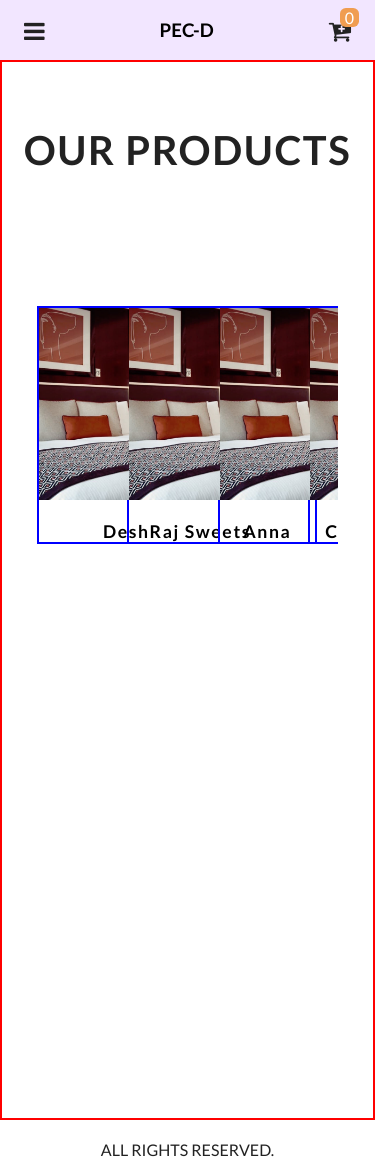
Repository: CHIR4G7/PEC-D
Page: http://localhost/
An editor plug-in stored every save of this project. The page is shown before and after the next save, followed by the edit.
The browser window is 375 px wide. The pictures show the whole page.
The page is served by the project's Node server (app.js).

Above is the page before, as saved 2023-07-08 01:21:08.

### public/index.html
<!DOCTYPE html>
<html lang="en">

<head>
    <meta charset="UTF-8">
    <meta http-equiv="X-UA-Compatible" content="IE=edge">
    <meta name="viewport" content="width=device-width, initial-scale=1.0">
    <title>PEC-D</title>
    <link rel="stylesheet" href="https://cdnjs.cloudflare.com/ajax/libs/font-awesome/4.7.0/css/font-awesome.min.css">
    <link rel="stylesheet" href="css/style.css">
</head>

<body>
    <!-- navabr -->
    <nav class="navbar">
        <div class="navbar-center">
            <span class="nav-icon">
                <i class="fa fa-bars"></i>
            </span>
            <!-- <img src="/images/logo.svg" alt="logo" class="sr"> -->
            <h3 class="logo-name">PEC-D</h3>
            <div class="cart-btn">
                <span class="nav-icon">
                    <i class="fa fa-cart-plus"></i>
                </span>
                <div class="cart-items">0</div>
            </div>
        </div>
    </nav>
    <!-- end of navbar -->

    <!-- hero -->
    <!-- <header class="hero">
        <div class="banner">
            <h1 class="banner-title">FURNITURE COLLECTION</h1>
            <button class="banner-btn">SHOW NOW</button>
        </div>
    </header> -->
    <!-- end of hero -->

    <!-- products -->
    <div class="products">
         <div class="section-title">
            <h2>OUR PRODUCTS</h2>
        </div>
        <div class="body1">
            <div class="content">
                <ul class="content-inner">
                    <!-- <li class="card">
                        <article class="product">
                            <div class="img-container">
                                <img src="/images/product-1.jpeg" alt="product" class="product-img">
                                <button class="bag-btn" data-id="1">
                                    <i class="fa fa-shopping-cart"></i>
                                    add to bag.
                                </button>
                            </div>
                            <h3>add name</h3>

                        </article>
                    </li>
                    <li class="card">
                        <article class="product">
                            <div class="img-container">
                                <img src="/images/product-1.jpeg" alt="product" class="product-img">
                                <button class="bag-btn" data-id="1">
                                    <i class="fa fa-shopping-cart"></i>
                                    add to bag.
                                </button>
                            </div>
                            <h3>add name</h3>

                        </article>
                    </li>
                    <li class="card">
                        <article class="product">
                            <div class="img-container">
                                <img src="/images/product-1.jpeg" alt="product" class="product-img">
                                <button class="bag-btn" data-id="1">
                                    <i class="fa fa-shopping-cart"></i>
                                    add to bag.
                                </button>
                            </div>
                            <h3>add name</h3>

                        </article>
                    </li> -->

                </ul>
            </div>
        </div>
        <div class="products-center">
            <!-- single product -->

            <!-- PRODCUT DETIALS -->
            <!-- <article class="product">
                <div class="img-container">
                    <img src="/images/product-1.jpeg" alt="product" class="product-img">
                    <button class="bag-btn" data-id="1">
                        <i class="fa fa-shopping-cart"></i>
                        add to bag.
                    </button>
                </div>
                <h3>add name</h3>

            </article> -->
            <!-- THIS IS END OF PRODUCT DETIALS -->

            <!-- PRODCUT DETIALS -->
            <!-- <article class="product">
                <div class="img-container">
                    <img src="/images/product-8.jpeg" alt="product" class="product-img">
                    <button class="bag-btn" data-id="1">
                        <i class="fa fa-shopping-cart"></i>
                        add to bag.
                    </button>
                </div>
                <h3>TABLE</h3>
                <h4>$11.99</h4>
            </article> -->
            <!-- THIS IS END OF PRODUCT DETIALS -->

            <!-- PRODCUT DETIALS -->
            <!-- <article class="product">
                <div class="img-container">
                    <img src="/images/product-7.jpeg" alt="product" class="product-img">
                    <button class="bag-btn" data-id="1">
                        <i class="fa fa-shopping-cart"></i>
                        add to bag.
                    </button>
                </div>
                <h3>COUCH</h3>
                <h4>$42.99</h4>
            </article> -->
            <!-- THIS IS END OF PRODUCT DETIALS -->

            <!-- PRODCUT DETIALS -->
            <!-- <article class="product">
                <div class="img-container">
                    <img src="/images/product-2.jpeg" alt="product" class="product-img">
                    <button class="bag-btn" data-id="1">
                        <i class="fa fa-shopping-cart"></i>
                        add to bag.
                    </button>
                </div>
                <h3>KING PANEL BED</h3>
                <h4>$12.99</h4>
            </article> -->
            <!-- THIS IS END OF PRODUCT DETIALS -->

            <!-- PRODCUT DETIALS -->
            <!-- <article class="product">
                <div class="img-container">
                    <img src="/images/product-5.jpeg" alt="product" class="product-img">
                    <button class="bag-btn" data-id="1">
                        <i class="fa fa-shopping-cart"></i>
                        add to bag.
                    </button>
                </div>
                <h3>FRIDGE</h3>
                <h4>$34.99</h4>
            </article> -->
            <!-- THIS IS END OF PRODUCT DETIALS -->

            <!-- PRODCUT DETIALS -->
            <!-- <article class="product">
                <div class="img-container">
                    <img src="/images/product-6.jpeg" alt="product" class="product-img">
                    <button class="bag-btn" data-id="1">
                        <i class="fa fa-shopping-cart"></i>
                        add to bag.
                    </button>
                </div>
                <h3>DRESSER</h3>
                <h4>$22.99</h4>
            </article> -->
            <!-- THIS IS END OF PRODUCT DETIALS -->

            <!-- PRODCUT DETIALS -->
            <!-- <article class="product">
                <div class="img-container">
                    <img src="/images/product-3.jpeg" alt="product" class="product-img">
                    <button class="bag-btn" data-id="1">
                        <i class="fa fa-shopping-cart"></i>
                        add to bag.
                    </button>
                </div>
                <h3>TWIN PANEL BED</h3>
                <h4>$17.99</h4>
            </article> -->
            <!-- THIS IS END OF PRODUCT DETIALS -->

            <!-- PRODCUT DETIALS -->
            <!-- <article class="product">
                <div class="img-container">
                    <img src="/images/product-4.jpeg" alt="product" class="product-img">
                    <button class="bag-btn" data-id="1">
                        <i class="fa fa-shopping-cart"></i>
                        add to bag.
                    </button>
                </div>
                <h3>SINGLE PANEL BED</h3>
                <h4>$23.99</h4>
            </article> -->
            <!-- THIS IS END OF PRODUCT DETIALS -->
        </div>
    </div>
    <!-- end of products -->




    <!-- CART BEGINS -->
    <div class="cart-overlay">
        <div class="cart">
            <span class="close-cart">
                <i class="fa fa-window-close"></i>
            </span>
            <h2>YOUR CART</h2>
            <div class="cart-content">
                <!-- cart item -->
                <div class="cart-item">
                    <!-- <img src="/images/product-1.jpeg" alt="product">
                    <div>
                        <h4>QUEEN BED</h4>
                        <h5>$9.00</h5>
                        <span class="remove-item">Remove</span>
                    </div>
                    <div>
                        <i class="fa fa-chevron-up"></i>
                        <p class="item-amount">0</p>
                        <i class="fa fa-chevron-down"></i>
                    </div> -->
                </div>
                <!-- end of cart item -->

            </div>

            <div class="cart-footer">
                <h3>YOUR TOTAL : $ <span class="cart-total"></span></h3>
                <button class="clear-cart banner-btn">CLEAR CART</button>
            </div>

        </div>
    </div>
    <!-- CART ENDS -->
    <!-- FOOOTER -->
    <div class="footer">
        ALL RIGHTS RESERVED.
    </div>
    <!-- END OF THE FOOTER -->

    <script src="src/script.js"></script>
</body>

</html>

### app.js
import express from "express";
import bodyParser from "body-parser";

const app = express();
const port = 5002;
app.use(express.static("public"))
app.use(bodyParser.urlencoded({extended:true}));
app.set("view engine","ejs");


app.get("/",(request,response)=>
{
    response.sendFile("/Users/chirag/Desktop/PEC D/public/index.html");
})

app.listen(port,()=>
{
    console.log("server working");
})

### public/css/style.css
@import url("https://fonts.googleapis.com/css?family=Lato:400,700");


/* creating variables */
:root {
    --primaryColor: #f09d51;
    --mainWhite: #fff;
    --mainBlack: #222;
    --mainGrey: #ececec;
    --mainSpacing: 0.1rem;
    --mainTransition: all 0.3s linear;
}

/* resetting elements */
* {
    margin: 0;
    padding: 0;
    box-sizing: border-box;
}


body {
    color: var(--mainBlack);
    background: var(--mainWhite);
    font-family: "Lato", sans-serif;
}


/* navbar */
.navbar {
    position: sticky;
    top: 0;
    height: 60px;
    width: 100%;
    display: flex;
    align-items: center;
    background: #f2e6ff;
    z-index: 1;
}

.logo-name
{
    color: black;
}

.navbar-center {
    width: 100%;
    max-width: 1170px;
    margin: 0 auto;
    display: flex;
    align-items: center;
    justify-content: space-between;
    padding: 0 1.5rem;
}

.nav-icon {
    font-size: 1.5rem;
}

.cart-btn {
    position: relative;
    cursor: pointer;
}

.cart-items {
    position: absolute;
    top: -8px;
    right: -8px;
    background: var(--primaryColor);
    padding: 0 5px;
    border-radius: 30%;
    color: var(--mainWhite);
}

/* hero */
.hero {
    min-height: calc(100vh - 60px);
    background: url("./images/bg-3.jpg") center/cover no-repeat;
    display: flex;
    align-items: center;
    justify-content: center;
  }
  .banner {
    text-align: center;
    background: #f2e6ff;
    display: inline-block;
    padding: 2rem;
  }
  .banner-title {
    font-size: 3.4rem;
    text-transform: uppercase;
    letter-spacing: var(--mainSpacing);
    margin-bottom: 3rem;
  }
  .banner-btn {
    padding: 1rem 3rem;
    text-transform: uppercase;
    letter-spacing: var(--mainSpacing);
    font-size: 1rem;
    background: #9999FF;
    color: var(--mainBlack);
    border: 1px solid var(--primaryColor);
    transition: var(--mainTransition);
    cursor: pointer;
  }
  .banner-btn:hover {
    background: transparent;
    color: var(--primaryColor);
  }


  /* products */
  .products {
    padding: 4rem 0;
    border: 2px solid red;
  }
  .section-title h2 {
    text-align: center;
    font-size: 2.5rem;
    margin-bottom: 5rem;
    text-transform: capitalize;
    letter-spacing: var(--mainSpacing);
  }
  .products-center {
    width: 90vw;
    margin: 0 auto;
    max-width: 1170px;
    display: grid;
    grid-template-columns: repeat(auto-fit, minmax(260px, 1fr));
    grid-column-gap: 1.5rem;
    grid-row-gap: 2rem;
  }
  .img-container {
    position: relative;
    overflow: hidden;
  }
  .bag-btn {
    position: absolute;
    top: 70%;
    right: 0;
    background: var(--primaryColor);
    border: none;
    text-transform: uppercase;
    padding: 0.5rem 0.75rem;
    letter-spacing: var(--mainSpacing);
    font-weight: bold;
    transition: var(--mainTransition);
    transform: translateX(101%);
    cursor: pointer;
  }
  .bag-btn:hover {
    color: var(--mainWhite);
  }
  .fa-shopping-cart {
    margin-right: 0.5rem;
  }
  .img-container:hover .bag-btn {
    transform: translateX(0);
  }
  .product-img {
    display: block;
    width: 100%;
    min-height: 12rem;
    transition: var(--mainTransition);
  }
  .img-container:hover .product-img {
    opacity: 0.5;
  }

  .product
  {
    border: 2px solid blue;
  }

  .product h3 {
    text-transform: capitalize;
    font-size: 1.1rem;
    margin-top: 1rem;
    letter-spacing: var(--mainSpacing);
    text-align: center;
  }

  .product h4 {
    margin-top: 0.7rem;
    letter-spacing: var(--mainSpacing);
    color: var(--primaryColor);
    text-align: center;
  }


   /* slider*/

   .body1
{
    display: flex;

    justify-content: center;
    min-height: 100vh;
    /* background-color: lawngreen; */
    /* border: 2px solid yellow; */
    padding: 0 35px;
}
.card img
{
    height: 150px;
    width: 150px;
    margin-bottom: 5px;
    object-fit: cover;
}
.content
{
    max-width: 1200px;
    width: 100%;
    /* position: relative; */
    /* border: 2px solid red; */
}
.content .content-inner
{
    display: grid;
    grid-auto-flow: column;
    grid-auto-columns: 25%;
    gap: 15px;
    /* overflow: hidden; */
    overflow-x: auto;
    scroll-snap-type: x mandatory;
    scroll-behavior: smooth;
    scrollbar-width: 0;

}
.content .card
{
    list-style: none;
    /* background-color: lightblue; */
    color: black;
    border-radius: 10px;
    height: 342px;
     display: flex;
    flex-direction: column;
    /*align-items: center;*/
    justify-content: center;
    cursor: pointer;
    width: 280px;

}
.content i
{
    height: 30px;
    width: 50px;
    margin: 10px;
    background-color: wheat;
    color: black;
    text-align: center;
    line-height: 25px;
    border-radius: 50%;
    cursor: pointer;
}
.card-item
{
    display: flex;
    flex-direction: column;
    justify-content: center;
    align-items: center;
    margin: 15px;
    padding-top: 5px;
}
.card-item h4
{
    margin-bottom: 4px;
}

   */

  /* cart */
  .cart-overlay {
    position: fixed;
    top: 0;
    right: 0;
    width: 100%;
    height: 100%;
    transition: var(--mainTransition);
    background: rgb(240, 157, 81, 0.5);
    z-index: 2;
    visibility: hidden;
  }
  .cart {
    position: fixed;
    top: 0;
    right: 0;
    width: 100%;
    height: 100%;
    overflow: scroll;
    z-index: 3;
    background: rgb(231, 226, 221);
    padding: 1.5rem;
    transition: var(--mainTransition);
    transform: translateX(100%);
  }
  .showCart {
    transform: translateX(0);
  }
  .transparentBcg {
    visibility: visible;
  }
  @media screen and (min-width: 768px) {
    .cart {
      width: 30vw;
      min-width: 450px;
    }
  }

  .close-cart {
    font-size: 1.7rem;
    cursor: pointer;
  }
  .cart h2 {
    text-transform: capitalize;
    text-align: center;
    letter-spacing: var(--mainSpacing);
    margin-bottom: 2rem;
  }
  /*---------- Cart Item -------------------- */
  .cart-item {
    display: grid;
    align-items: center;
    grid-template-columns: auto 1fr auto;
    grid-column-gap: 1.5rem;
    margin: 1.5rem 0;
  }
  .cart-item img {
    width: 75px;
    height: 75px;
  }
  .cart-item h4 {
    font-size: 0.85rem;
    text-transform: capitalize;
    letter-spacing: var(--mainSpacing);
  }
  .cart-item h5 {
    margin: 0.5rem 0;
    letter-spacing: var(--mainSpacing);
  }
  .item-amount {
    text-align: center;
  }
  .remove-item {
    color: black;
    cursor: pointer;
  }
  .fa-chevron-up,
  .fa-chevron-down {
    color: var(--primaryColor);
    cursor: pointer;
  }
  /*---------- End of Cart Item -------------------- */

  .cart-footer {
    margin-top: 2rem;
    letter-spacing: var(--mainSpacing);
    text-align: center;
  }
  .cart-footer h3 {
    text-transform: capitalize;
    margin-bottom: 1rem;
  }


  /* FOOTER */
  .footer
  {
    position: relative;
    text-align: center;
    top: 20px;
  }

### public/src/script.js


const productsDOM = document.querySelector('.content-inner');

let shoparray = [];//ISME SAAARI KI SAARI DETAILS PADI HAIN PRODUCT K

class Shops{

    async getProducts() {
        try {
            let result = await fetch('./shops.json');
            let data = await result.json();

            //destructuring
            const shopsArray = data.shops.map(shop => ({ id: shop.id, name: shop.sname, image: shop.image}));

            return shopsArray;
        }
        catch (error) {
            console.log("r");
        }
    }

};

class display
{
    displayShops(shops)
    {
        let result = '';
       shops.forEach((shop)=>
       {
        console.log(shop.id);
        // result+=`${shop.id}`
        result+=` <li class="card">
        <article class="product">
            <div class="img-container">
                <img src="/images/product-1.jpeg" alt="product" class="product-img">
                <button class="bag-btn" data-id="1">

                    add to bag.
                </button>
            </div>
            <h3>${shop.name}</h3>

        </article>
    </li>`;

       })
    //    console.log("c");
    productsDOM.innerHTML = result;
    }
};





//displaying the products

function displayProducts(shoparray)
{
    let result = '';
    shoparray.forEach(product => {
        result += `      <article class="product">
        <div class="img-container">
            <img src="/images/product-1.jpeg" alt="product" class="product-img">
            <button class="bag-btn" data-id=${product.id}>
                <i class="fa fa-shopping-cart"></i>
                add to bag.
            </button>
        </div>
        <h3>${product.name}</h3>`;
        console.log(product);
    })
    productsDOM.innerHTML = result;
}


    // console.log(shoparray);

    // till here
    document.addEventListener("DOMContentLoaded", () => {
        //when dom loads get the product info stored in an array SHOPSARRAY
        // (async function () {
        //     try {
        //         const shopsarray = await getProducts();
        //         shopsarray.forEach((e) => {
        //             shoparray.push(e);
        //         })
        //     }
        //     catch (error) {
        //         console.log(error);
        //     }
        // })();
        // console.log(shoparray);
        // displayProducts(shoparray);
        const shops = new Shops();
        const displaying = new display();

        shops.getProducts().then(products=>
            {
                displaying.displayShops(products);
                // console.log(products);
            })

    })

### public/shops.json
{
    "shops" :
    [
        {
            "id" : 1,
            "sname" : "DeshRaj Sweets",
            "image" : "public/images/product-1.jpeg"
        },
        {
            "id" : 2,
            "sname" : "Anna",
            "image" : "public/images/product-1.jpeg"
        },
        {
            "id" : 3,
            "sname" : "Combo",
            "image" : "public/images/product-1.jpeg"
        },
        {
            "id" : 4,
            "sname" : "Forks and Knives",
            "image" : "public/images/product-1.jpeg"
        },
        {
            "id" : 5,
            "sname" : "Pandit",
            "image" : "public/images/product-1.jpeg"
        },
        {
            "id" : 6,
            "sname" : "Yankess",
            "image" : "public/images/product-1.jpeg"
        }
    ]
}

After the next save:
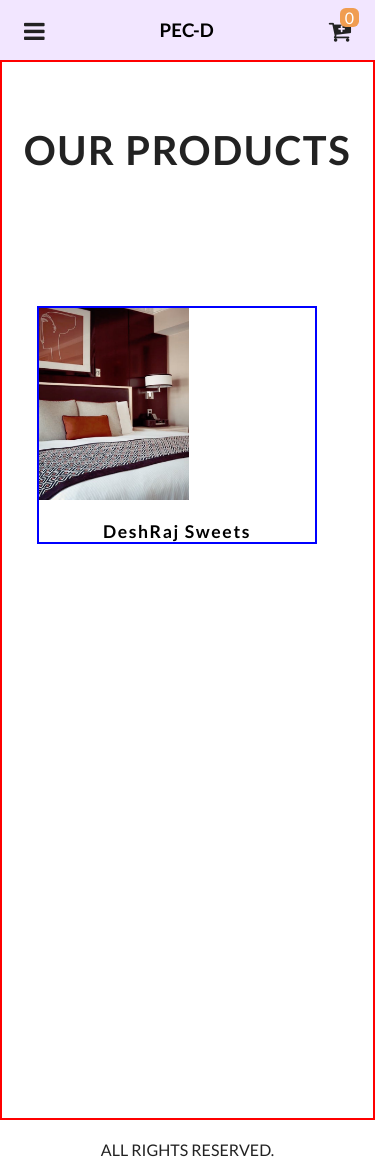
Saved 2 min 36 s later.
--- a/public/css/style.css
+++ b/public/css/style.css
@@ -268,7 +268,13 @@ body {
     margin-bottom: 4px;
 }
 
-   */
+@media screen and (max-width : 600px) {
+  .content .content-inner{
+      grid-auto-columns: 100%;
+  }
+}
+
+/* ENDING SLIDER WINDOW HERE */
 
   /* cart */
   .cart-overlay {
